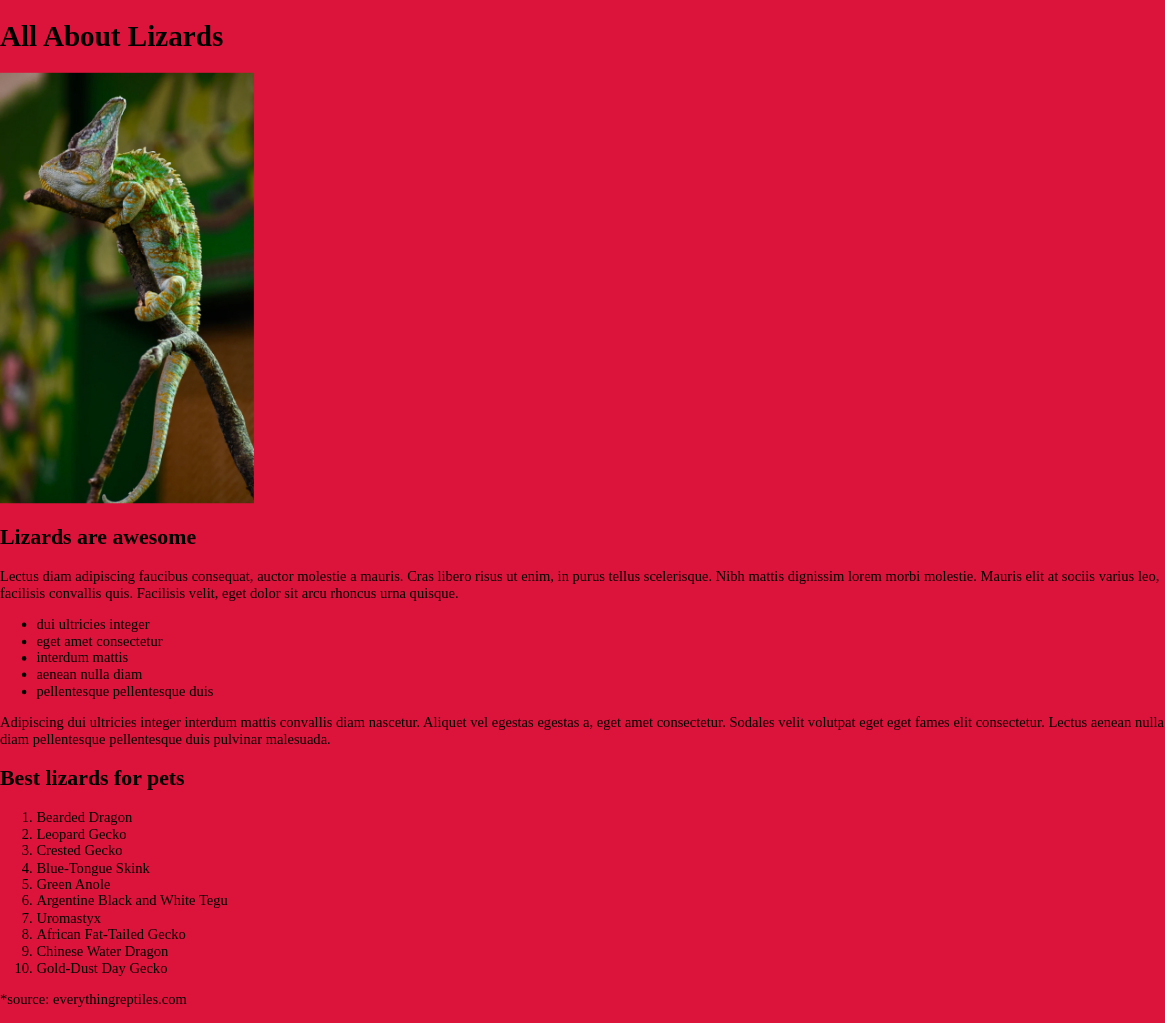
Repository: Doumham-Armah/lizards-landing--page
Page: index.html
The author's editor kept a copy of each file at every save. The page is drawn from the files as they stood at one save, then again after the next save.
The browser window is 1280 px wide. The pictures show the whole page, at 91% of full size.

Above is the page before, as saved 2021-08-10 13:18:22.

### index.html
<!DOCTYPE html>
<html>
  <head>
    <link
      rel="stylesheet"
      href="https://cdnjs.cloudflare.com/ajax/libs/normalize/8.0.1/normalize.css"
    />
    <title>All about lizards</title>
    <link href="css/style.css" rel="stylesheet" />
  </head>
  <body>
    <header>
      <h1>All About Lizards</h1>
    </header>

    <main>
      <section class="main-content">
        <img src="images/chameleon.jpg" alt="a chameleon climbing a branch" />

        <h2>Lizards are awesome</h2>
        <p>
          Lectus diam adipiscing faucibus consequat, auctor molestie a mauris.
          Cras libero risus ut enim, in purus tellus scelerisque. Nibh mattis
          dignissim lorem morbi molestie. Mauris elit at sociis varius leo,
          facilisis convallis quis. Facilisis velit, eget dolor sit arcu rhoncus
          urna quisque.
        </p>

        <!-- insert the unordered list here -->
        <ul>
          <li>dui ultricies integer</li>
          <li>eget amet consectetur</li>
          <li>interdum mattis</li>
          <li>aenean nulla diam</li>
          <li>pellentesque pellentesque duis</li>
        </ul>

        <p>
          Adipiscing dui ultricies integer interdum mattis convallis diam
          nascetur. Aliquet vel egestas egestas a, eget amet consectetur.
          Sodales velit volutpat eget eget fames elit consectetur. Lectus aenean
          nulla diam pellentesque pellentesque duis pulvinar malesuada.
        </p>
      </section>

      <aside class="sidebar">
        <h2>Best lizards for pets</h2>
        <!-- insert the ordered list here -->
        <ol>
          <li>Bearded Dragon</li>
          <li>Leopard Gecko</li>
          <li>Crested Gecko</li>
          <li>Blue-Tongue Skink</li>
          <li>Green Anole</li>
          <li>Argentine Black and White Tegu</li>
          <li>Uromastyx</li>
          <li>African Fat-Tailed Gecko</li>
          <li>Chinese Water Dragon</li>
          <li>Gold-Dust Day Gecko</li>
        </ol>
        <p>*source: everythingreptiles.com</p>
      </aside>
    </main>
  </body>
</html>

### css/style.css
body {
  margin: 0;
  background-color: crimson;
}

After the next save:
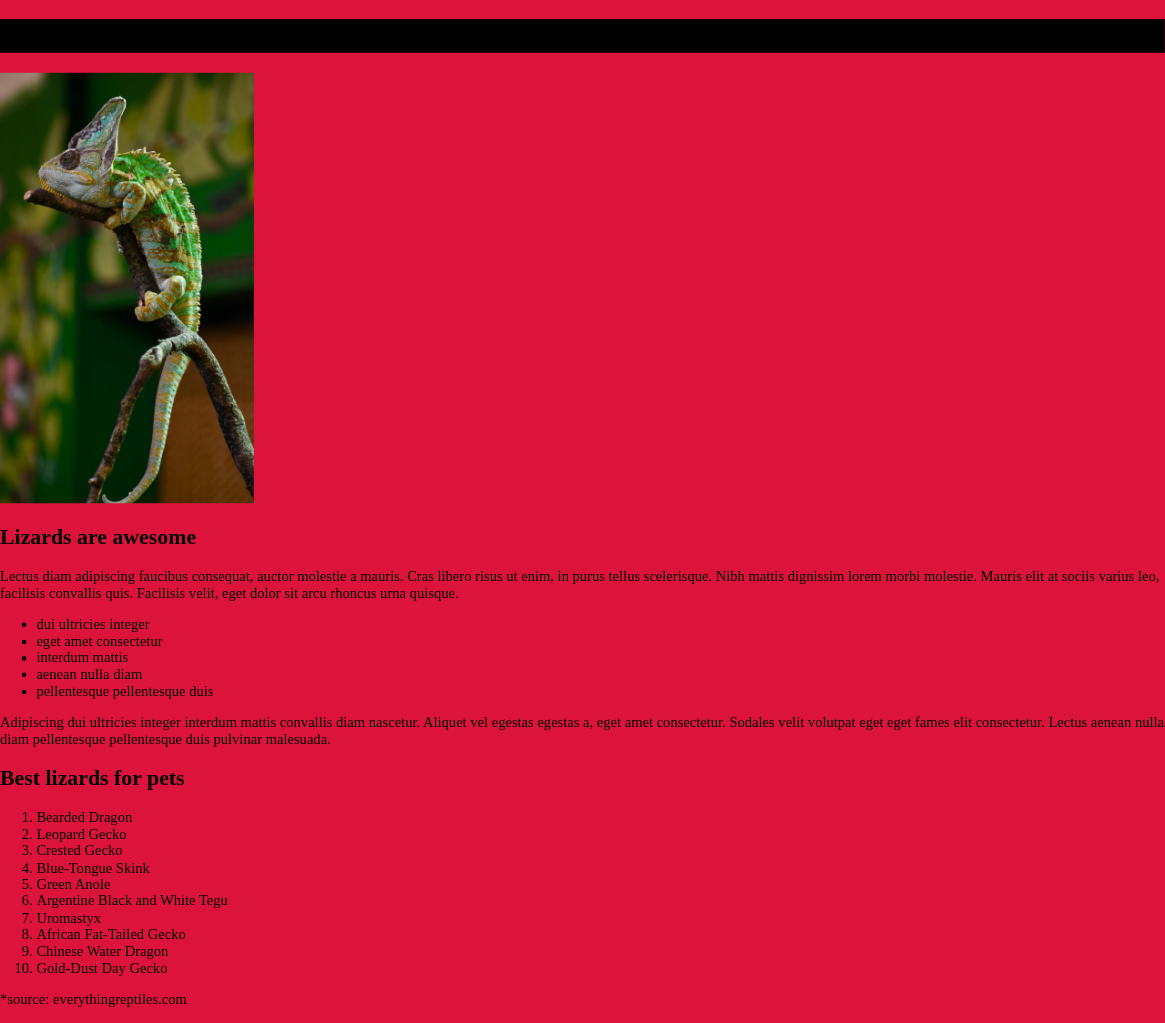
Saved 10 min 59 s later.
--- a/css/style.css
+++ b/css/style.css
@@ -2,3 +2,7 @@ body {
   margin: 0;
   background-color: crimson;
 }
+
+h1 {
+  background-color: black;
+}
